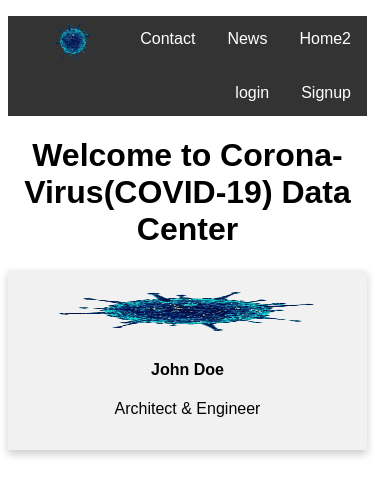
Repository: xthashankar/COVID-19-data-
Page: news.html
These files come from the project's save history. The page is drawn as it stood at one moment and after the next save; the edit follows.
The browser window is 375 px wide. The pictures show the whole page.
The page's requests for data from a server got no answer.

Above is the page before, as saved 2020-04-10 16:25:32.

After the next save:
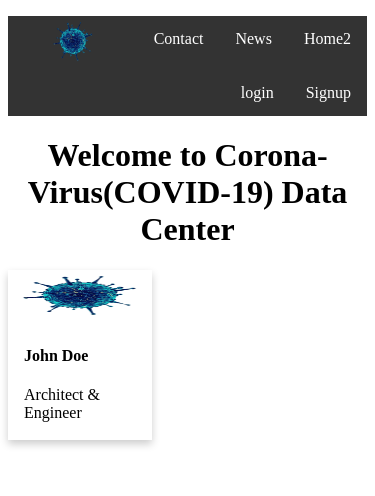
Saved 73 s later.
--- a/css/news.css
+++ b/css/news.css
@@ -1,43 +1,15 @@
-* {
-    box-sizing: border-box;
+.card {
+    box-shadow: 0 4px 8px 0 rgba(0,0,0,0.2);
+    transition: 0.3s;
+    width: 40%;
   }
 
-  body {
-    font-family: Arial, Helvetica, sans-serif;
+  .card:hover {
+    box-shadow: 0 8px 16px 0 rgba(0,0,0,0.2);
   }
 
-  /* Float four columns side by side */
-  .column {
-    float: left;
-    width: 25%;
-    padding: 0 10px;
-  }
-
-  /* Remove extra left and right margins, due to padding */
-  .row {margin: 0 -5px;}
-
-  /* Clear floats after the columns */
-  .row:after {
-    content: "";
-    display: table;
-    clear: both;
-  }
-
-  /* Responsive columns */
-  @media screen and (max-width: 600px) {
-    .column {
-      width: 100%;
-      display: block;
-      margin-bottom: 20px;
-    }
-  }
-
-  /* Style the counter cards */
-  .card {
-    box-shadow: 0 4px 8px 0 rgba(0, 0, 0, 0.2);
-    padding: 16px;
-    text-align: center;
-    background-color: #f1f1f1;
+  .container {
+    padding: 2px 16px;
   }
 
 
